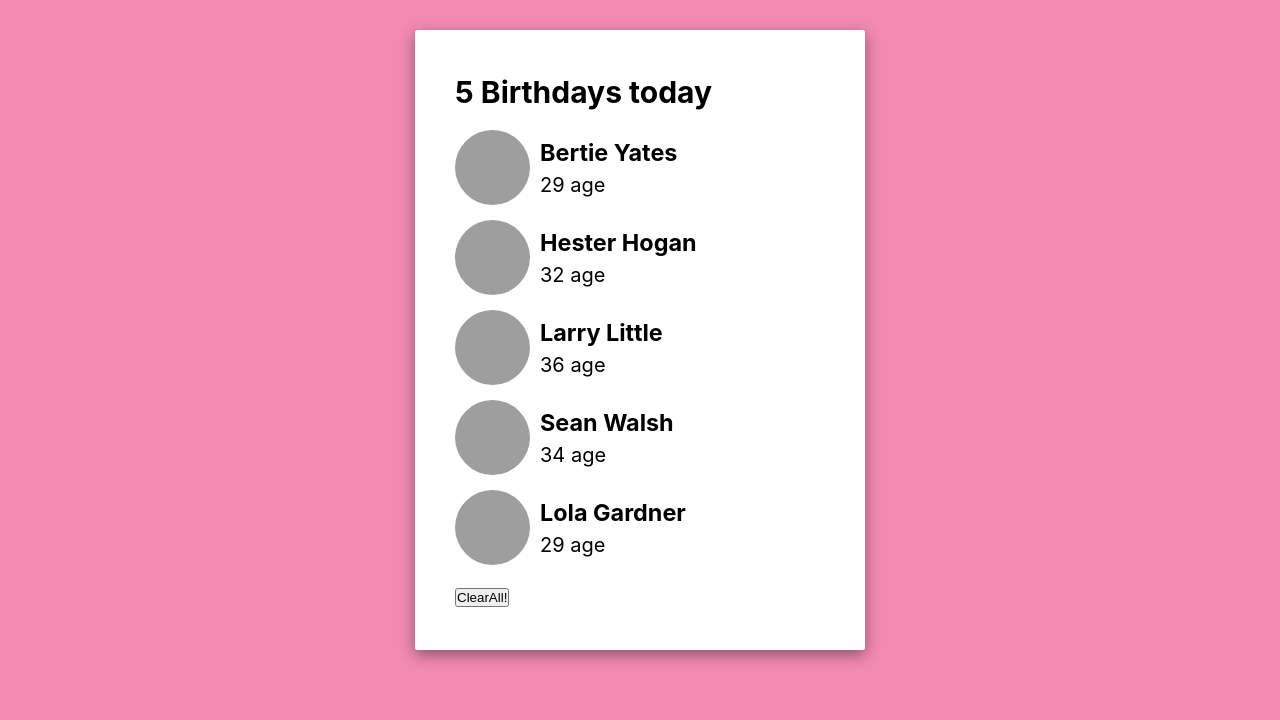
Repository: thaiduy1704/ReactTypeScript-Basic
Page: / (app in 01-birthday-reminder/)
The author's editor kept a copy of each file at every save. The page is drawn from the files as they stood at one save, then again after the next save.
The browser window is 1280 px wide. The pictures show the whole page.
Pictures or frames that could not be fetched are drawn as grey boxes. The project was rebuilt for these pictures with package versions that can differ from the ones it lists, and the page was loaded fresh each time.

Above is the page before, as saved 2022-08-05 16:29:55.

After the next save:
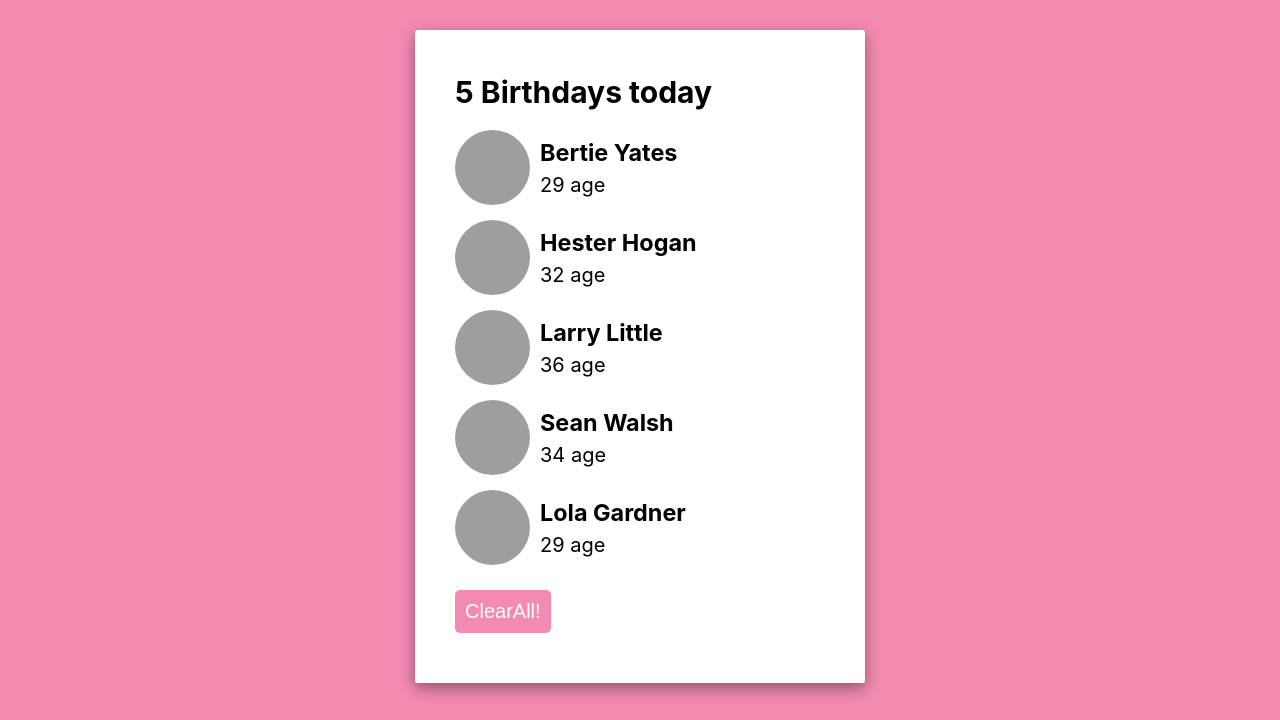
Saved 7 s later.
--- a/01-birthday-reminder/src/components/Card.tsx
+++ b/01-birthday-reminder/src/components/Card.tsx
@@ -36,7 +36,15 @@ const Wrapper = styled.section`
   display: flex;
   flex-direction: column;
   margin: 3rem auto;
-  button{
-
+  button {
+    background-color: var(--clr-background);
+    border: none;
+    border-radius: 5px;
+    padding: 1rem;
+    font-size: 2rem;
+    color: white;
+    cursor: pointer;
+    margin: 1rem 0;
+    transition: var(--transition);
   }
 `;
